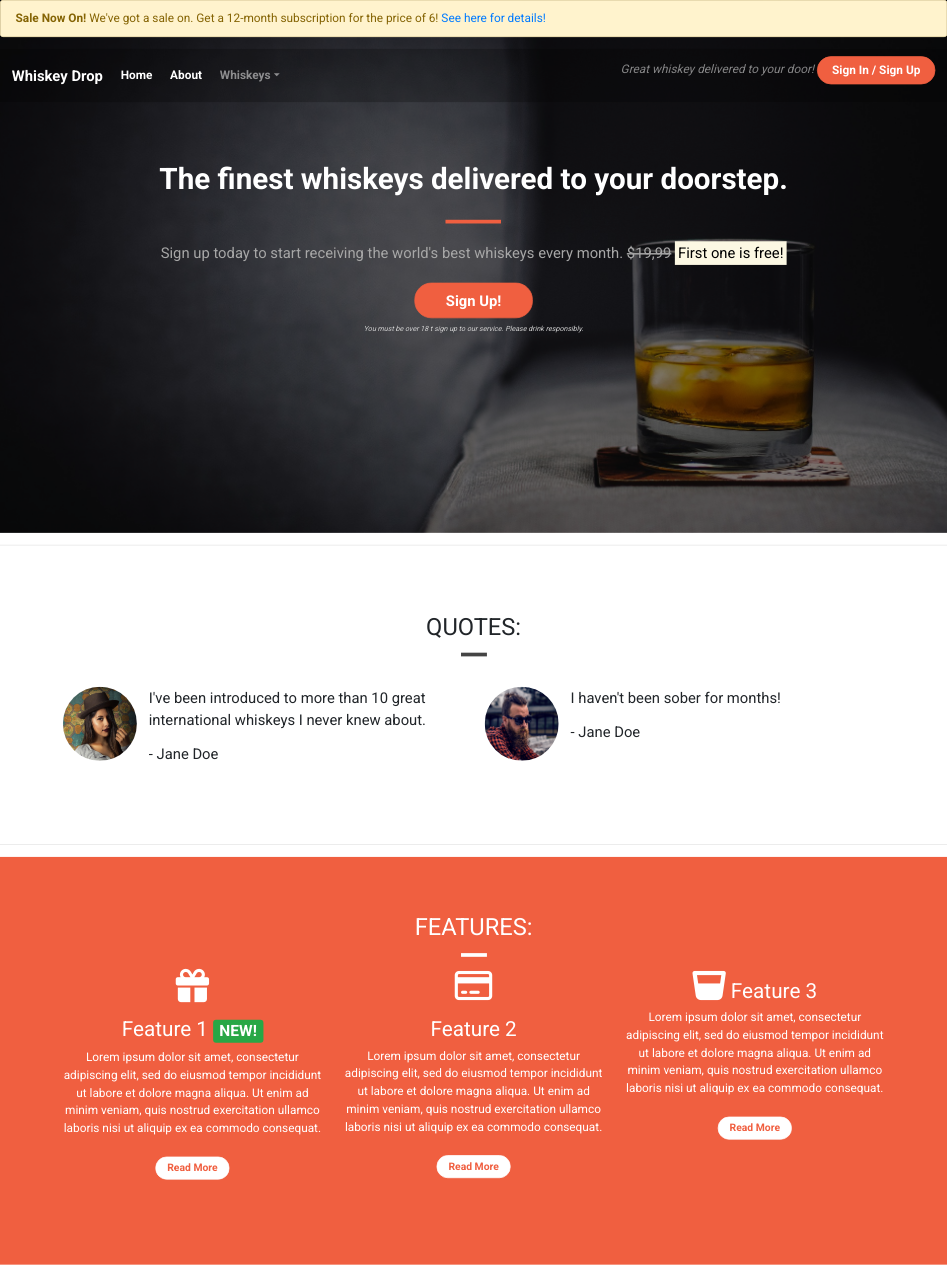
Repository: nitr-am/whiskey-project
Page: index.html
The author's editor kept a record of every edit. The page is drawn from the files as they stood at one moment, then again after the next edit.
The browser window is 1280 px wide. The pictures show the whole page, at 74% of full size.
Backgrounds fixed to the window are drawn as part of the page. Some web libraries are served in a nearby version.

Above is the page before.

After the next edit:
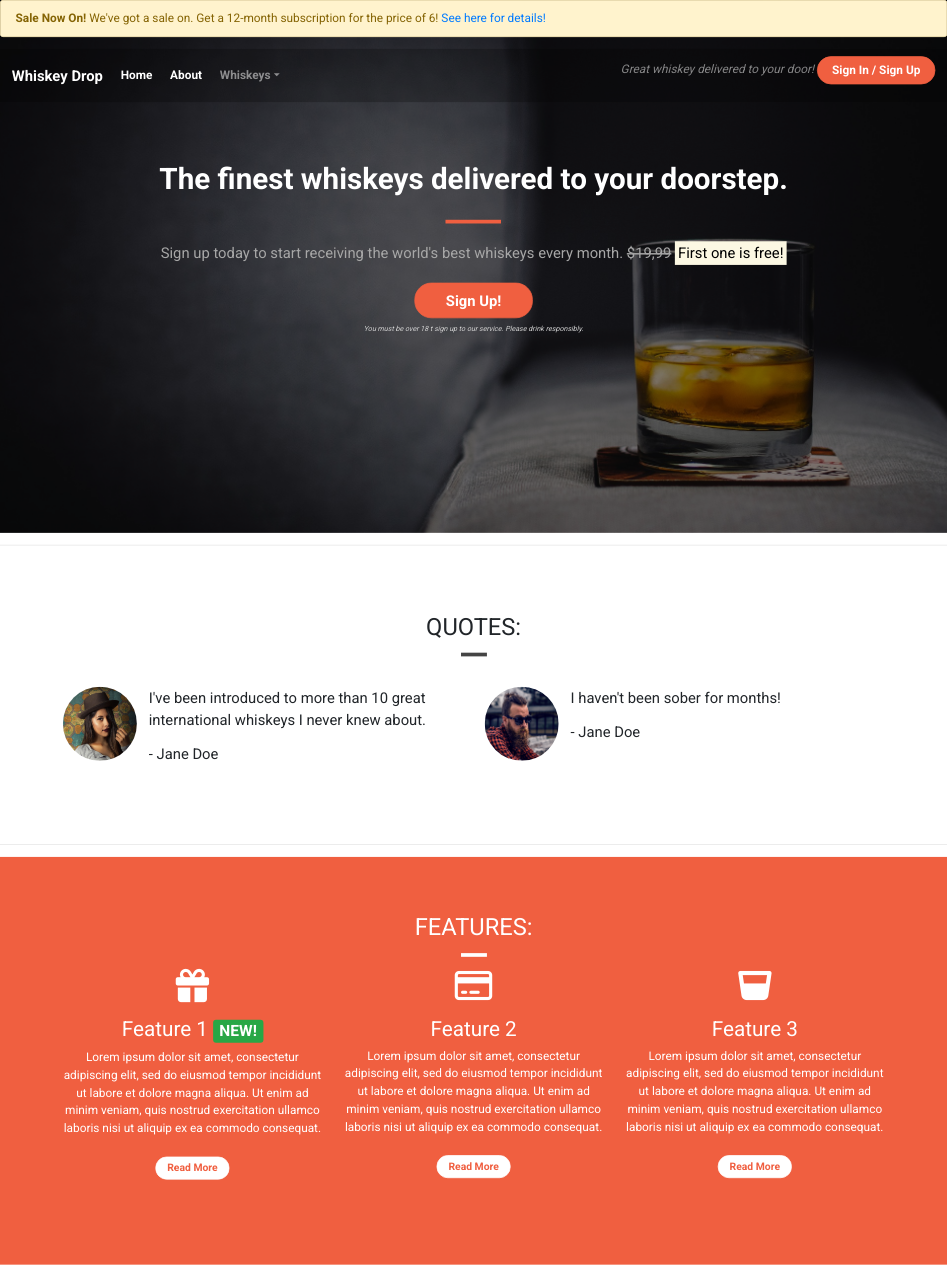
The edit:
--- a/index.html
+++ b/index.html
@@ -150,7 +150,7 @@
                     </div>
                     <div class="col-12 d-md-none d-lg-block col-lg-4 ">
                         <div class="feature">
-                            <h3><i class="fas fa-glass-whiskey d-none d-sm-inline"></i> Feature 3</h3>
+                            <h3><i class="fas fa-glass-whiskey d-none d-sm-block"></i> Feature 3</h3>
                             <p>Lorem ipsum dolor sit amet, consectetur adipiscing elit, sed do eiusmod tempor incididunt ut labore et dolore magna aliqua. Ut enim ad minim veniam, quis nostrud exercitation ullamco laboris nisi ut aliquip ex ea commodo consequat.
                             </p>
                             <p><a class="btn btn-sm btn-light " href=" ">Read More</a></p>
